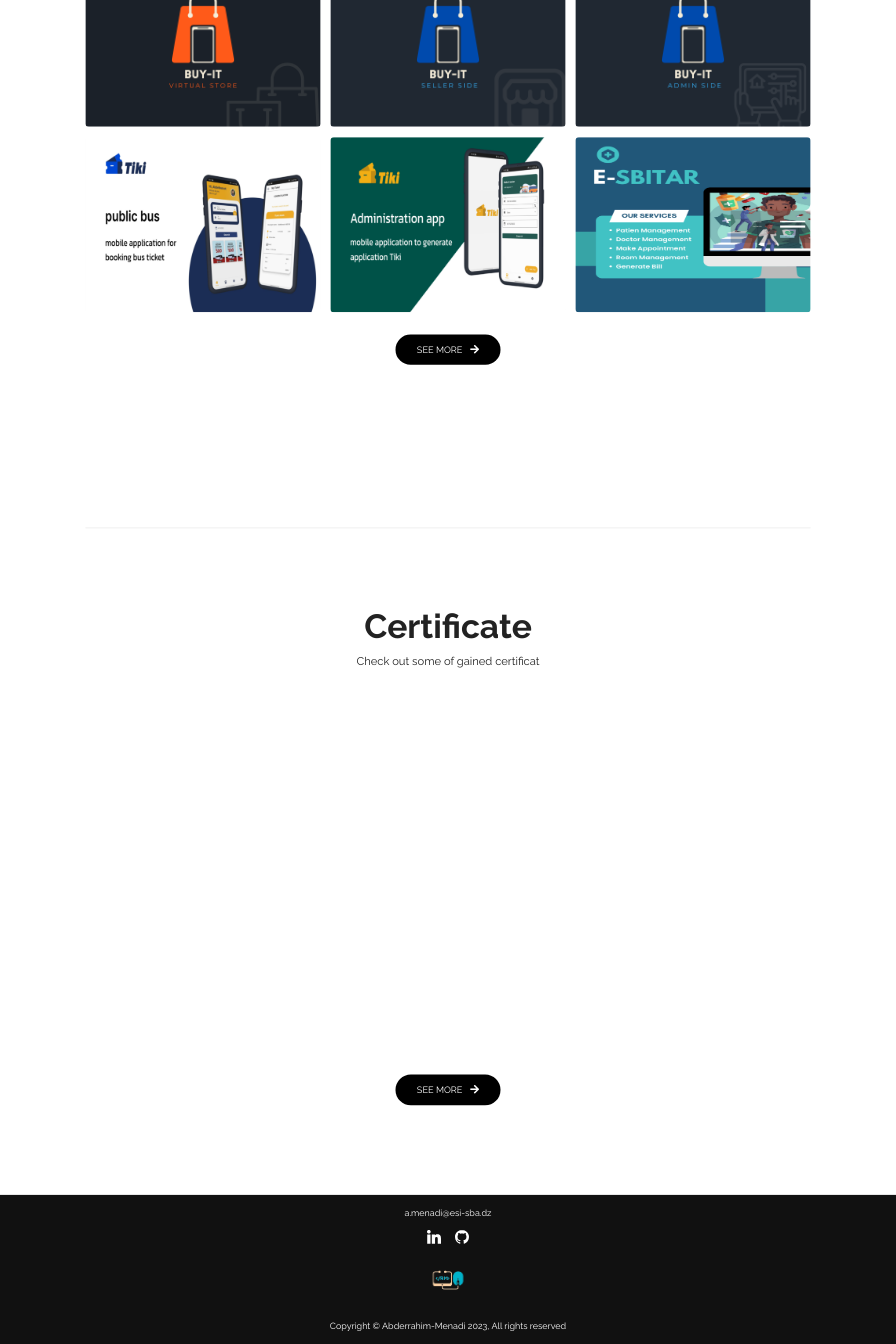
Repository: rahimmenadi/My-Website
Page: index.html
These files come from the project's save history. The page is drawn as it stood at one moment and after a run of saves; the edit follows.
The browser window is 1280 px wide. The pictures show the part of the page from y = 1940 to 3860 px (the page is 3860 px tall), at 70% of full size.
The page's requests for data from a server got no answer.

Above is the page before, as saved 2023-11-07 10:15:44.

### index.html
<!DOCTYPE html>
<html lang="en">
  <head>
    <meta charset="UTF-8" />
    <meta http-equiv="X-UA-Compatible" content="IE=edge" />
    <meta name="viewport" content="width=device-width, initial-scale=1.0" />
    <title>Abderrahim website</title>
    <!-- Primary Meta Tags -->


    <!-- Open Graph / Facebook -->

    <!-- Twitter -->


    <!-- Link -->
    <link
      rel="apple-touch-icon"
      sizes="180x180"

    />
    <link
      rel="icon"

    />
    <link
      rel="icon"
    />
    <link
      rel="icon"

    />
    <link
      rel="icon"
      type="image/png"
      sizes="512x512"

    />
    <link rel="icon" type="image/x-icon" style="width: 10px;" href="assets/favicon/favicon.ico" />
    <link rel="manifest" href="assets/favicon/site.webmanifest" />
    <link
      rel="stylesheet"
      href="https://use.fontawesome.com/releases/v5.15.4/css/all.css"
      integrity="sha384-DyZ88mC6Up2uqS4h/KRgHuoeGwBcD4Ng9SiP4dIRy0EXTlnuz47vAwmeGwVChigm"
      crossorigin="anonymous"
    />
    <link rel="stylesheet" href="css/style.css" />
    <link rel="stylesheet" href="css/utilities.css" />
    <link rel="stylesheet" href="css/skills.css">*
    <link rel="stylesheet" href="css/spiner.css">
  </head>
  <body>
     <div class="loader-warapper">
    <svg role="img" aria-label="Mouth and eyes come from 9:00 and rotate clockwise into position, right eye blinks, then all parts rotate and merge into 3:00" class="smiley" viewBox="0 0 128 128" width="128px" height="128px">
      <defs>
        <clipPath id="smiley-eyes">
          <circle class="smiley__eye1" cx="64" cy="64" r="8" transform="rotate(-40,64,64) translate(0,-56)" />
          <circle class="smiley__eye2" cx="64" cy="64" r="8" transform="rotate(40,64,64) translate(0,-56)" />
        </clipPath>
        <linearGradient id="smiley-grad" x1="0" y1="0" x2="0" y2="1">
          <stop offset="0%" stop-color="#000" />
          <stop offset="100%" stop-color="#fff" />
        </linearGradient>
        <mask id="smiley-mask">
          <rect x="0" y="0" width="128" height="128" fill="url(#smiley-grad)" />
        </mask>
      </defs>
      <g stroke-linecap="round" stroke-width="12" stroke-dasharray="175.93 351.86">
        <g>
          <rect fill="hsl(193,90%,50%)" width="128" height="64" clip-path="url(#smiley-eyes)" />
          <g fill="none" stroke="hsl(193,90%,50%)">
            <circle class="smiley__mouth1" cx="64" cy="64" r="56" transform="rotate(180,64,64)" />
            <circle class="smiley__mouth2" cx="64" cy="64" r="56" transform="rotate(0,64,64)" />
          </g>
        </g>
        <g mask="url(#smiley-mask)">
          <rect fill="hsl(223,90%,50%)" width="128" height="64" clip-path="url(#smiley-eyes)" />
          <g fill="none" stroke="hsl(223,90%,50%)">
            <circle class="smiley__mouth1" cx="64" cy="64" r="56" transform="rotate(180,64,64)" />
            <circle class="smiley__mouth2" cx="64" cy="64" r="56" transform="rotate(0,64,64)" />
          </g>
        </g>
      </g>
    </svg>
    <div class="lottie-player">
      <script src="https://unpkg.com/@lottiefiles/lottie-player@latest/dist/lottie-player.js"></script>
      <lottie-player src="https://assets10.lottiefiles.com/packages/lf20_5s1rumi5.json" background="transparent" speed="2.35" style="width: 250px; height: 300px;" loop autoplay></lottie-player>
    </div>

  </div>
    <header id="hero">
      <!-- Navbar -->
      <nav class="navbar">
        <div class="container">
          <!-- Logo -->
          <h1 id="logo">
            <a href="index.html"
              ><img src="./assets/my-logo.png" alt="Your Logo"
            /></a>
          </h1>
          <!-- Navbar links -->
          <ul class="nav-menu">
            <li><a class="nav-link" href="#projects">PROJECTS</a></li>
            <li><a class="nav-link" href="#">CONTACT</a></li>
            <li><a class="nav-link" href="#">BlOG</a></li>
            <li>
              <a
                class="nav-link btn btn-primary"
                href="https://drive.google.com/file/d/17N6exdY6zeIP8P_hAs873j1iEnbZUKpu/view?usp=drive_link"
                >RESUME <i class="fas fa-arrow-right"></i
              ></a>
            </li>

            <!-- Toggle switch -->
            <div class="theme-switch">
              <input type="checkbox" id="switch" />
              <label class="toggle-icons" for="switch">
                <img class="moon" src="assets/moon.svg" />
                <img class="sun" src="assets/sun.svg" />
              </label>
            </div>
            <!-- Hamburger menu -->
          </ul>
          <div class="hamburger">
            <span class="bar"></span>
            <span class="bar"></span>
            <span class="bar"></span>
          </div>
        </div>
      </nav>

      <section class="header-container">
        <img
          class="profile-image"
          src="assets/profile.jpg"
          alt=""
        />
        <h1>Hi I'm Abderrahim Menadi <span class="wave">👋</span></h1>

        <div class="content-text">
          <h2>About Me</h2>
          <h2>Junior Front-End Web Developer.</h2>

          <p>
            I’m a Frontend Developer with a strong understanding of Responsive Web Design
             and have demonstrated past work experience working in the frontend development industry.
          </p>
        </div>
        <a
                class="nav-link btn btn-primary"
                href="https://linktr.ee/abderrahimmeandi"
                >Connect With Me <i class="fas fa-arrow-right"></i
              ></a>





      </section>
    </header>
    <section id="projectsskills" class="project-container container">
      <div class="division"></div>
      <div class="content-text">
        <h2>Skills</h2>
        <p>Check out some of my Skills And Tools That i use</p>
      </div>
 <article class="project1">

        <!-- Project 1 -->
        <div class="content">
          <div class="profile-skills">
            <div>
              <input type="checkbox" id="sk1">
              <label for="sk1"></label>
              <ul class="skills skills1">
                <li class="sk-cms"><span>HTML</span></li>
                <li class="sk-dtb"><span>CSS</span></li>
                <li class="sk-dis"><span>JS</span></li>
                <li class="sk-pro"><span>Java</span></li>
                <li class="sk-ani"><span>SQL</span></li>
                <li class="more">
                  <input type="checkbox" id="more-con"><label for="more-con"></label>
                  <div><span>RWD</span><span>Animation</span><span>CHARTS</span><span>API</span><span>BE Linker</span><span>BDD</span></div>
                </li>
              </ul>
            </div>
            <div>
            <input type="checkbox" id="sk2">
            <label for="sk2"></label>
            <ul class="skills skills2">
              <li class="sk-gim"><span>VS-code</span></li>
              <li class="sk-not"><span>Android Studio</span></li>
              <li class="sk-wor"><span>Github</span></li>
              <li class="sk-tri"><span>figma</span></li>
              <li class="sk-ado"><span>MySQL Workbench</span></li>

              <li class="more">
                <input type="checkbox" id="more-pro"><label for="more-pro"></label>
                <div><span>GIT</span><span>Firebase</span><span>IntelliJ IDEA</span><span>Visual paradigm</span></div>
              </li>
            </ul>
            </div>

        </div>
      </article>


    </section>

    <!-- Projects -->
    <section id="projects" class="project-container container">
      <div class="division"></div>
      <div class="content-text">
        <h2>Projects</h2>
        <p>Check out some of my personal and paid projects</p>
      </div>

      <article class="project">
        <!-- Project 1 -->
        <div href="" class="card">
          <div class="project-info">
            <div class="project-bio">
              <h3>Buy-it</h3>
              <p>HTML, CSS, SASS, JS, Node-JS</p>
            </div>

            <div class="project-link">
              <a href="https://github.com/rahimmenadi/projectx" target="_blank"><i class="fab fa-github"></i></a>
              <a href="https://buy-it-client.pages.dev/" target="_blank"><i class="fas fa-globe"></i></a>
            </div>
          </div>
        </div>

        <!-- Project 2 -->
        <div href="" class="card">
          <div class="project-info">
            <div class="project-bio">
              <h3>Buy-it Seller Side</h3>
              <p>HTML, CSS, SASS, JS, Node-JS</p>
            </div>

            <div class="project-link">
              <a href="https://github.com/rahimmenadi/projectx" target="_blank"><i class="fab fa-github"></i></a>
              <a href="#" target="_blank"><i class="fas fa-globe"></i></a>
            </div>
          </div>
        </div>

        <!-- Porject 3 -->
        <div href="" class="card">
          <div class="project-info">
            <div class="project-bio">
              <h3>Buy-it Admin Side</h3>
              <p>HTML, CSS, SASS, JS, Node-JS</p>
            </div>

            <div class="project-link">
              <a href="https://github.com/rahimmenadi/projectx" target="_blank"><i class="fab fa-github"></i></a>
              <a href="#" target="_blank"><i class="fas fa-globe"></i></a>
            </div>
          </div>
        </div>

        <!-- Project 4 -->
        <div href="" class="card">
          <div class="project-info">
            <div class="project-bio">
              <h3>Tiki</h3>
              <p>Java,  Firebase</p>
            </div>

            <div class="project-link">
              <a href="https://github.com/rahimmenadi/Tiki" target="_blank"><i class="fab fa-github"></i></a>
              <a href="https://mega.nz/file/mu5gybiB#gw8IHSz2v9bFG0ZwwQFL_AMZv8WIdCRUhiW0hA_XVq8" target="_blank"><i class="fas fa-globe"></i></a>
            </div>
          </div>
        </div>

        <!-- Project 5 -->
        <div href="" class="card">
          <div class="project-info">
            <div class="project-bio">
              <h3>Tiki Admin</h3>
              <p>Java,  Firebase</p>
            </div>

            <div class="project-link">
              <a href="https://github.com/rahimmenadi/Tiki" target="_blank"><i class="fab fa-github"></i></a>
              <a href="https://mega.nz/file/K7xAAYyK#4BQzPwOJpC8L00cKX2bVBURrUfcqUJ3T-dvLVdOQe9E" target="_blank"><i class="fas fa-globe"></i></a>
            </div>
          </div>
        </div>

        <!-- Project 6 -->
        <div href="" class="card">
          <div class="project-info">
            <div class="project-bio">
              <h3>E-sbitar</h3>
              <p>JavaFX, CSS, SQL</p>
            </div>

            <div class="project-link">
              <a href="https://github.com/rahimmenadi/E-SBITAR" target="_blank"><i class="fab fa-github"></i></a>
              <a href="https://drive.google.com/drive/folders/1nvo8g8NKInz3Hvw1Pheuo8E3XhV_Ej0T?usp=drive_link" target="_blank"><i class="fas fa-globe"></i></a>
            </div>
          </div>
        </div>
      </article>

      <a href="https://github.com/rahimmenadi" class="btn btn-secondary"
        target="_blank" >See More <i class="fas fa-arrow-right"></i
      ></a>
    </section>
     <!-- Projects -->
     <section id="projects" class="project-container container">
      <div class="division"></div>
      <div class="content-text">
        <h2>Certificate</h2>
        <p>Check out some of gained certificat</p>
      </div>

      <article class="project">
        <!-- Project 1 -->
        <div href="" class="card-cer">
          <div class="project-info">
            <div class="project-bio">
              <h3>Fundamentals of Deep Learning</h3>
              <p>Python, Java, C++</p>
            </div>

            <div class="project-link">

              <a href="https://courses.nvidia.com/certificates/8d70824849ba4fe38a35b935248b0ae9/" target="_blank"><i class="fas fa-globe"></i></a>
            </div>
          </div>
        </div>

        <!-- Project 2 -->
        <div href="" class="card-cer">
          <div class="project-info">
            <div class="project-bio">
              <h3>Buy-it Seller Side</h3>
              <p>HTML, CSS, SASS, JS, Node-JS</p>
            </div>

            <div class="project-link">
              <a href="https://github.com/rahimmenadi/projectx" target="_blank"><i class="fab fa-github"></i></a>
              <a href="#" target="_blank"><i class="fas fa-globe"></i></a>
            </div>
          </div>
        </div>

        <!-- Porject 3 -->
        <div href="" class="card-cer">
          <div class="project-info">
            <div class="project-bio">
              <h3>Buy-it Admin Side</h3>
              <p>HTML, CSS, SASS, JS, Node-JS</p>
            </div>

            <div class="project-link">
              <a href="https://github.com/rahimmenadi/projectx" target="_blank"><i class="fab fa-github"></i></a>
              <a href="#" target="_blank"><i class="fas fa-globe"></i></a>
            </div>
          </div>
        </div>

        <!-- Project 4 -->
        <div href="" class="card-cer">
          <div class="project-info">
            <div class="project-bio">
              <h3>Tiki</h3>
              <p>Java,  Firebase</p>
            </div>

            <div class="project-link">
              <a href="https://github.com/rahimmenadi/Tiki" target="_blank"><i class="fab fa-github"></i></a>
              <a href="https://mega.nz/file/mu5gybiB#gw8IHSz2v9bFG0ZwwQFL_AMZv8WIdCRUhiW0hA_XVq8" target="_blank"><i class="fas fa-globe"></i></a>
            </div>
          </div>
        </div>


      </article>

      <a href="https://github.com/rahimmenadi" class="btn btn-secondary"
        target="_blank" >See More <i class="fas fa-arrow-right"></i
      ></a>
    </section>


    <footer id="footer">
      <div class="container">
        <a href="mailto:a.menadi@esi-sba.dz">a.menadi@esi-sba.dz</a>
        <!-- Social links -->
        <div class="social">

          <a href="https://www.linkedin.com/in/abderrahim-menadi/" target="_blank"
            ><img src="./assets/linkedin-icon.svg" alt="Linkedin"
          /></a>
          <a href="https://github.com/rahimmenadi" target="_blank"><img src="./assets/github-icon.svg" alt="GitHub" /></a>

        </div>
        <!-- Attribution -->
        <div class="attribution">

            <img
              src="/assets/my-logo.png"
              alt="attribution"
              width="80px"

            />

        </div>
        <p>Copyright &copy; Abderrahim-Menadi <span id="datee"></span>, All rights reserved</p>
      </div>
    </footer>
    <script src="https://code.jquery.com/jquery-3.6.0.min.js"></script>

    <script src="js/script.js"></script>
    <script>
      setTimeout(function(){
        $('.loader-warapper').fadeToggle();

      },2700);
    </script>

  </body>
</html>

### css/utilities.css
/* ?This is where reusable styling of this template will be.
   !Will contain things like:
   * Button styling
   * Background color styling
   * padding and margin
*/

.container {
  max-width: var(--width-medium);
  margin: 0 auto;
  padding: 1rem 2rem;
}

h1::selection,
h2::selection {
  color: #111;
  background: var(--primary-color);
}

/* Buttons */
.btn {
  display: inline-block;
  padding: 0.75rem 1.9rem;
  border-radius: 30px;
  text-transform: uppercase;
  font-size: 0.82rem;
  transition: 0.3s;
}


.btn-primary {
  background: var(--primary-color);
  color: #000000;
  font-weight:700 ;
}

.btn-secondary {
  margin: 5px 0;
  background-color: var(--bg-secondary);
  color: var(--bg-primary);
}

/* add hover to resume button */
.btn-primary:hover {
  background: var(--secondary-color);
}


/* Dark mode toggle */
#switch {
  display: none;
}

.toggle-icons {
  display: flex;
  justify-content: space-between;
  align-items: center;
  cursor: pointer;
}

.toggle-icons > img {
  transition: 0.6s cubic-bezier(0.23, 1, 0.32, 1);
  width: 30px;
}

.moon {
  transform: rotate(10deg);
}

#switch:checked + .toggle-icons .moon {
  transform: rotate(250deg);
}

#switch:checked + .toggle-icons .sun {
  transform: rotate(100deg);
}

/* Header Container */
.header-container {
  display: flex;
  flex-direction: column;
  align-items: center;
  justify-content: center;
  margin-top: 8rem;
  padding: 1rem;
}

.header-container > div {
  margin-top: 1rem;
}

.content-text {
  text-align: center;
  margin: 1.5rem 0;
}

.content-text h2 {
  font-size: 3rem;
  line-height: 1.2;
  transition: 0.2s ease-in-out;
}

.content-text p {
  padding: 0.5rem;
  margin: 0 auto;
  max-width: 700px;
}

/* Project cards */
.card {
  padding: 1rem;
  background: var(--card-background);
  color: #ffffff;
  border-radius: 5px;
  transition: 0.4s ease-in-out;
  cursor: pointer;
}

.card a {
  color: #ffffff;
  transition: 0.25s ease-in-out;
  font-size: 1.1rem;
  margin-right: 0.3rem;
}

.card a:hover {
  color: var(--primary-color);
}

.card:hover {
  box-shadow: inset 0 100px 1000px 10px rgba(0, 0, 0, 0.8);
}

.card:hover .project-info {
  opacity: 1;
}

/* Project Images */

/* project 1 */

.card:nth-child(1) {

  background: url(../assets/project/buy-it.png) center center/cover;
}

/* Project 2 */
.card:nth-child(2) {
  background: url(../assets/project/seller-it.png) center center/cover;
}

/* Project 3 */
.card:nth-child(3) {
  background: url(../assets/project/admin-it.png) center center/cover

}

/* Project 4 */
.card:nth-child(4) {
  background: url(../assets/project/tkiii.png) center center/cover;
}

/* Project 5 */
.card:nth-child(5) {
  background: url(../assets/project/tiki-admin3.png) center center/cover;
}

/* Project 6 */
.card:nth-child(6) {
  background: url(../assets/project/e-sbitar.png) center center/cover;
}

/* Media Queries */
@media (max-width: 768px) {
  .header-container {
    margin-top: 7rem;
    text-align: center;
  }

  .content-text h2 {
    font-size: 2.5rem;
  }
}

### css/spiner.css

.loader-warapper{
    width: 100%;
    height: 100%;
    position: absolute;

    top: 0;
    left: 0;
    background-color: white;
    z-index: 999999999999;
    display: flex;
    justify-content: center;
    flex-direction: column;
    align-items: center;
}


.lottie-player {
    display: flex;
    justify-content: center;
    align-items: center;
    width: 220px;
    height: 300px;
    /* Add any other styling for the Lottie player */
  }

:root {
	--hue: 223;
	--bg: hsl(var(--hue),90%,90%);
	--fg: hsl(var(--hue),90%,10%);
	--trans-dur: 0.3s;

}

.smiley {
	width: 8em;
	height: 8em;

}
.smiley__eye1,
.smiley__eye2,
.smiley__mouth1,
.smiley__mouth2 {
	animation: eye1 3s ease-in-out infinite;
}
.smiley__eye1,
.smiley__eye2 {
	transform-origin: 64px 64px;
}
.smiley__eye2 {
	animation-name: eye2;
}
.smiley__mouth1 {
	animation-name: mouth1;
}
.smiley__mouth2 {
	animation-name: mouth2;
	visibility: hidden;
}

/* Dark theme */
@media (prefers-color-scheme: dark) {
	:root {
		--bg: hsl(var(--hue),90%,10%);
		--fg: hsl(var(--hue),90%,90%);
	}
}

/* Animations */
@keyframes eye1 {
	from {
		transform: rotate(-260deg) translate(0,-56px);
	}
	50%,
	60% {
		animation-timing-function: cubic-bezier(0.17,0,0.58,1);
		transform: rotate(-40deg) translate(0,-56px) scale(1);
	}
	to {
		transform: rotate(225deg) translate(0,-56px) scale(0.35);
	}
}
@keyframes eye2 {
	from {
		transform: rotate(-260deg) translate(0,-56px);
	}
	50% {
		transform: rotate(40deg) translate(0,-56px) rotate(-40deg) scale(1);
	}
	52.5% {
		transform: rotate(40deg) translate(0,-56px) rotate(-40deg) scale(1,0);
	}
	55%,
	70% {
		animation-timing-function: cubic-bezier(0,0,0.28,1);
		transform: rotate(40deg) translate(0,-56px) rotate(-40deg) scale(1);
	}
	to {
		transform: rotate(150deg) translate(0,-56px) scale(0.4);
	}
}
@keyframes eyeBlink {
	from,
	25%,
	75%,
	to {
		transform: scaleY(1);
	}
	50% {
		transform: scaleY(0);
	}
}
@keyframes mouth1 {
	from {
		animation-timing-function: ease-in;
		stroke-dasharray: 0 351.86;
		stroke-dashoffset: 0;
	}
	25% {
		animation-timing-function: ease-out;
		stroke-dasharray: 175.93 351.86;
		stroke-dashoffset: 0;
	}
	50% {
		animation-timing-function: steps(1,start);
		stroke-dasharray: 175.93 351.86;
		stroke-dashoffset: -175.93;
		visibility: visible;
	}
	75%,
	to {
		visibility: hidden;
	}
}
@keyframes mouth2 {
	from {
		animation-timing-function: steps(1,end);
		visibility: hidden;
	}
	50% {
		animation-timing-function: ease-in-out;
		visibility: visible;
		stroke-dashoffset: 0;
	}
	to {
		stroke-dashoffset: -351.86;
	}
}

Loaded but not shown: js/script.js (68 lines, source omitted); css/skills.css (573 lines, source omitted); css/style.css (385 lines, source omitted)

After the next 6 saves:
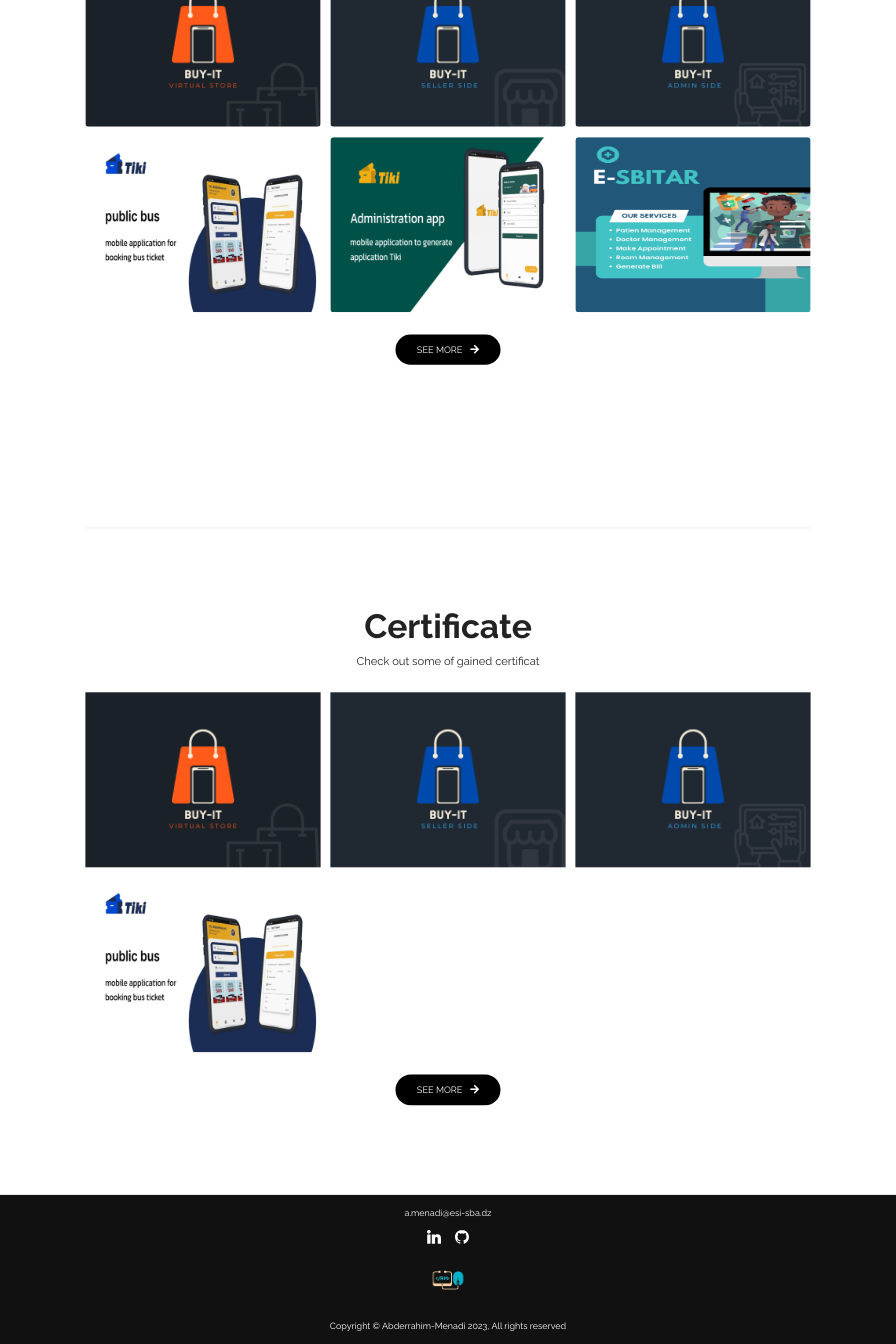
The 6 saves are shown as one change because they came seconds apart.
The last was saved 83 s later.
--- a/css/utilities.css
+++ b/css/utilities.css
@@ -105,6 +105,26 @@
   margin: 0 auto;
   max-width: 700px;
 }
+.card-cer:nth-child(1) {
+
+  background: url(../assets/project/buy-it.png) center center/cover;
+}
+
+/* Project 2 */
+.card-cer:nth-child(2) {
+  background: url(../assets/project/seller-it.png) center center/cover;
+}
+
+/* Project 3 */
+.card-cer:nth-child(3) {
+  background: url(../assets/project/admin-it.png) center center/cover
+
+}
+
+/* Project 4 */
+.card-cer:nth-child(4) {
+  background: url(../assets/project/tkiii.png) center center/cover;
+}
 
 /* Project cards */
 .card {
